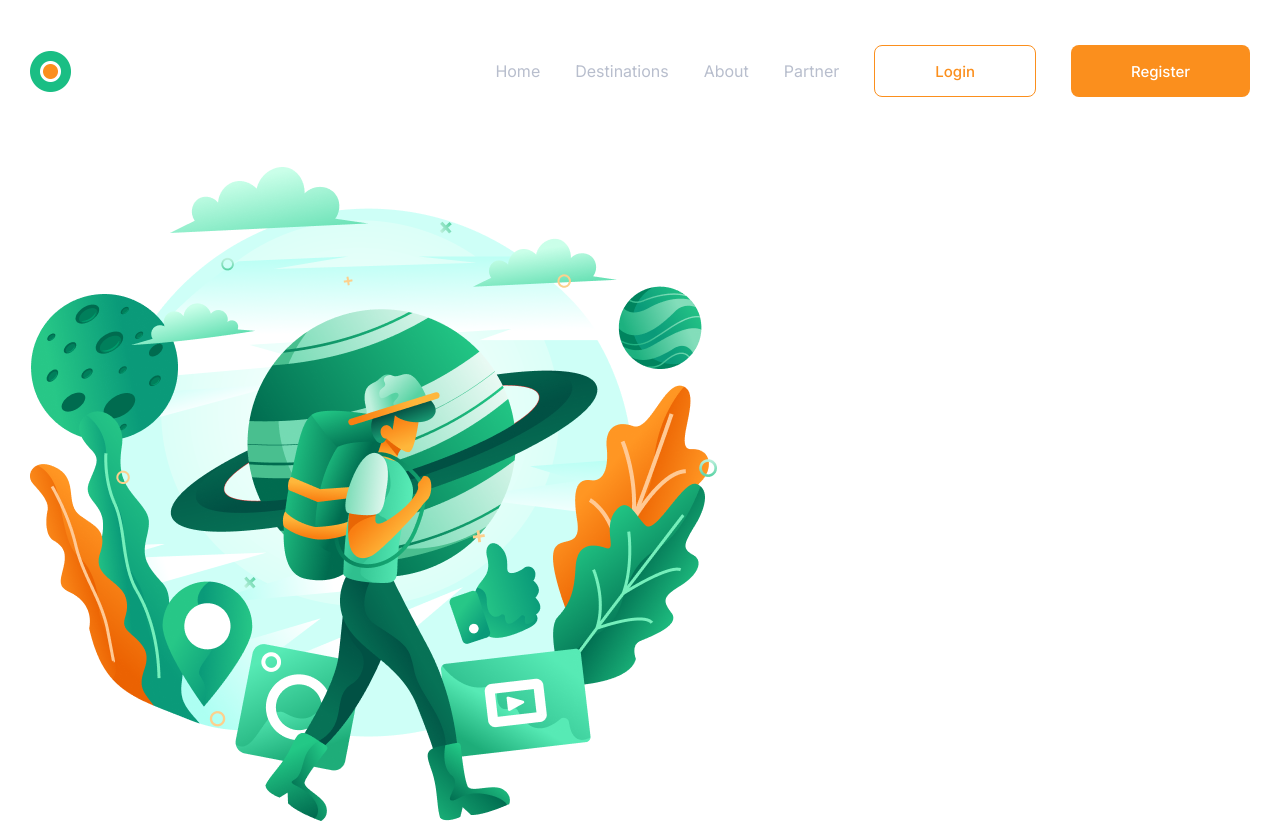
Repository: long5122000/sunny
Page: index.html
These files come from the project's save history. The page is drawn as it stood at one moment and after the next save; the edit follows.
The browser window is 1280 px wide. The pictures show the whole page.
The style sheet was rebuilt from its Sass, Less or Tailwind sources for each picture, by a compiler version that may differ from the author's.

Above is the page before, as saved 2021-11-24 19:58:12.

### index.html
<!DOCTYPE html>
<html lang="en">
  <head>
    <meta charset="UTF-8" />
    <meta http-equiv="X-UA-Compatible" content="IE=edge" />
    <meta name="viewport" content="width=device-width, initial-scale=1.0" />
    <title>Thousand Sunny</title>
    <link rel="preconnect" href="https://fonts.googleapis.com" />
    <link rel="preconnect" href="https://fonts.gstatic.com" crossorigin />
    <link
      href="https://fonts.googleapis.com/css2?family=Inter:wght@400;500;600&family=Mulish:wght@300&family=Playfair+Display:wght@700&display=swap"
      rel="stylesheet"
    />
    <link rel="stylesheet" href="./css/app.css" />
  </head>
  <body>
    <div class="wrapper">
      <header class="header">
        <div class="container">
          <div class="header-main">
            <img srcset="./images/logo.png 2x" alt="" />
            <ul class="menu">
              <li class="menu-item">
                <a href="#" class="menu-link">Home</a>
              </li>
              <li class="menu-item">
                <a href="#" class="menu-link">Destinations</a>
              </li>
              <li class="menu-item">
                <a href="#" class="menu-link">About</a>
              </li>
              <li class="menu-item">
                <a href="#" class="menu-link">Partner</a>
              </li>
              <li class="menu-item">
                <a href="#" class="btn btn--secondary">Login</a>
              </li>
              <li class="menu-item">
                <a href="#" class="btn btn--primary">Register</a>
              </li>
            </ul>
          </div>
        </div>
      </header>
      <main>
        <section class="hero">
          <div class="container">
            <div class="hero-main">
              <div class="hero-content"></div>
              <div class="hero-image">
                <img srcset="./images/img1.png 2x" alt="" />
              </div>
            </div>
          </div>
        </section>
      </main>
    </div>
    <script src="scripts/app.js"></script>
  </body>
</html>

### sass/app.scss
@import "reset";
@import "variables";
@import "global";
@import "typography";
@import "header";
@import "menu";
@import "footer";

### sass/_variables.scss
$primary-font: "Inter", sans-serif;
$secondary-font: "Playfair Display", serif;
$third-font: "Mulish", sans-serif;
$gray: #b8becd;
$gray-dark: #afb0b9;
$gray-darkest: #202336;
$primary-color: #fb8f1d;

### sass/_global.scss
.wrapper {
  max-width: 1600px;
  margin: 0 auto;
}
.container {
  max-width: 1260px;
  margin: 0 auto;
  padding: 0 20px;
}
ul {
  list-style: none;
}
.btn {
  display: inline-flex;
  justify-content: center;
  align-items: center;
  cursor: pointer;
  font-size: 15px;
  font-weight: 500;
  font-family: $primary-font;
  line-height: 1;
  height: 52px;
  padding: 0 60px;
  border-radius: 8px;
  background-color: transparent;
  border: 0;
  outline: none;
  &--primary {
    color: white;
    background-color: $primary-color;
  }
  &--secondary {
    color: $primary-color;
    border: 1px solid currentColor;
  }
}

### sass/_typography.scss
body {
  font-family: $primary-font;
  font-size: 16px;
  line-height: 1;
  color: $gray;
}
.heading {
  font-family: $secondary-font;
  color: $gray-darkest;
}

### sass/_header.scss
.header {
  padding-top: 45px;
  padding-bottom: 70px;
  &-main {
    display: flex;
    justify-content: space-between;
    align-items: center;
  }
}

### sass/_menu.scss
.menu {
  display: flex;
  align-items: center;
  gap: 0 35px;
  &-link {
    color: inherit;
  }
}

Loaded but not shown: sass/_reset.scss (common file); scripts/app.js (no stored copy; drawn as an empty file); sass/_footer.scss (no stored copy; drawn as an empty file)

After the next save:
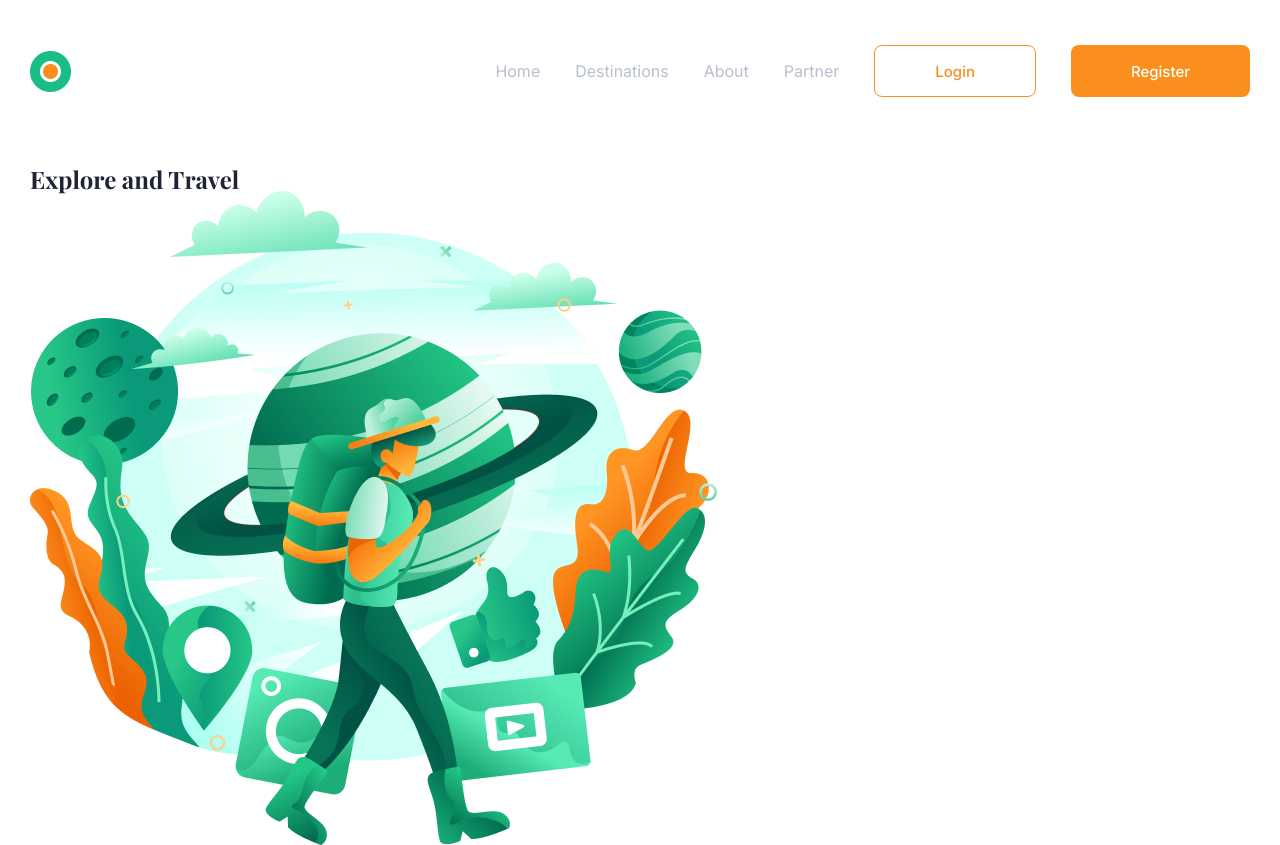
Saved 52 s later.
--- a/index.html
+++ b/index.html
@@ -46,7 +46,9 @@
         <section class="hero">
           <div class="container">
             <div class="hero-main">
-              <div class="hero-content"></div>
+              <div class="hero-content">
+                <h1 class="heading hero-heading">Explore and Travel</h1>
+              </div>
               <div class="hero-image">
                 <img srcset="./images/img1.png 2x" alt="" />
               </div>
